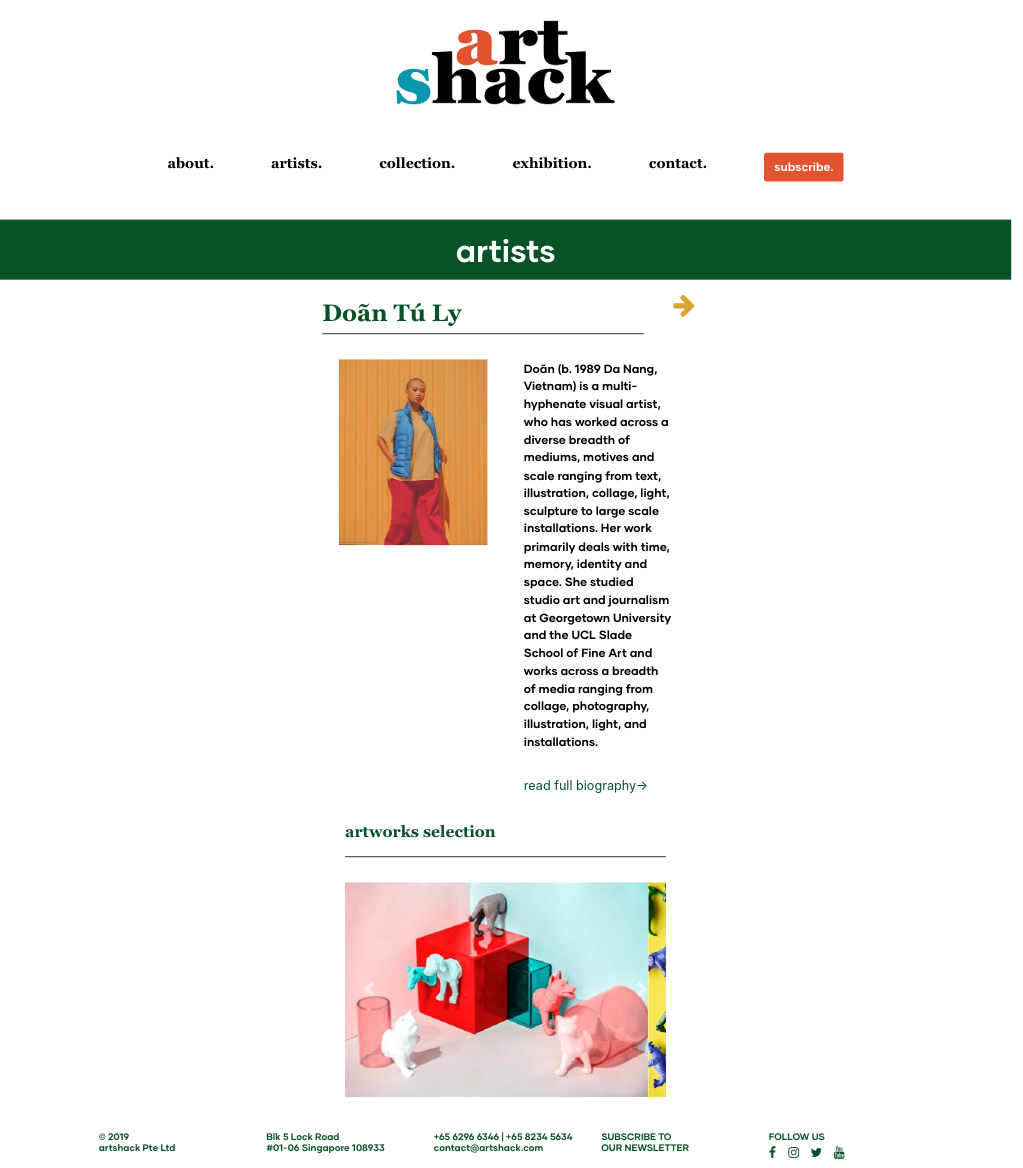
Repository: lynette-lyf/artshack
Page: doantuly.html
The author's editor kept a record of every edit. The page is drawn from the files as they stood at one moment, then again after the next edit.
The browser window is 1280 px wide. The page is 1295 px wide, so the pictures cover 1295 px, including what lies to the right of the window. The pictures show the whole page, at 79% of full size.

Above is the page before.
Not found: artists.css

After the next edit:
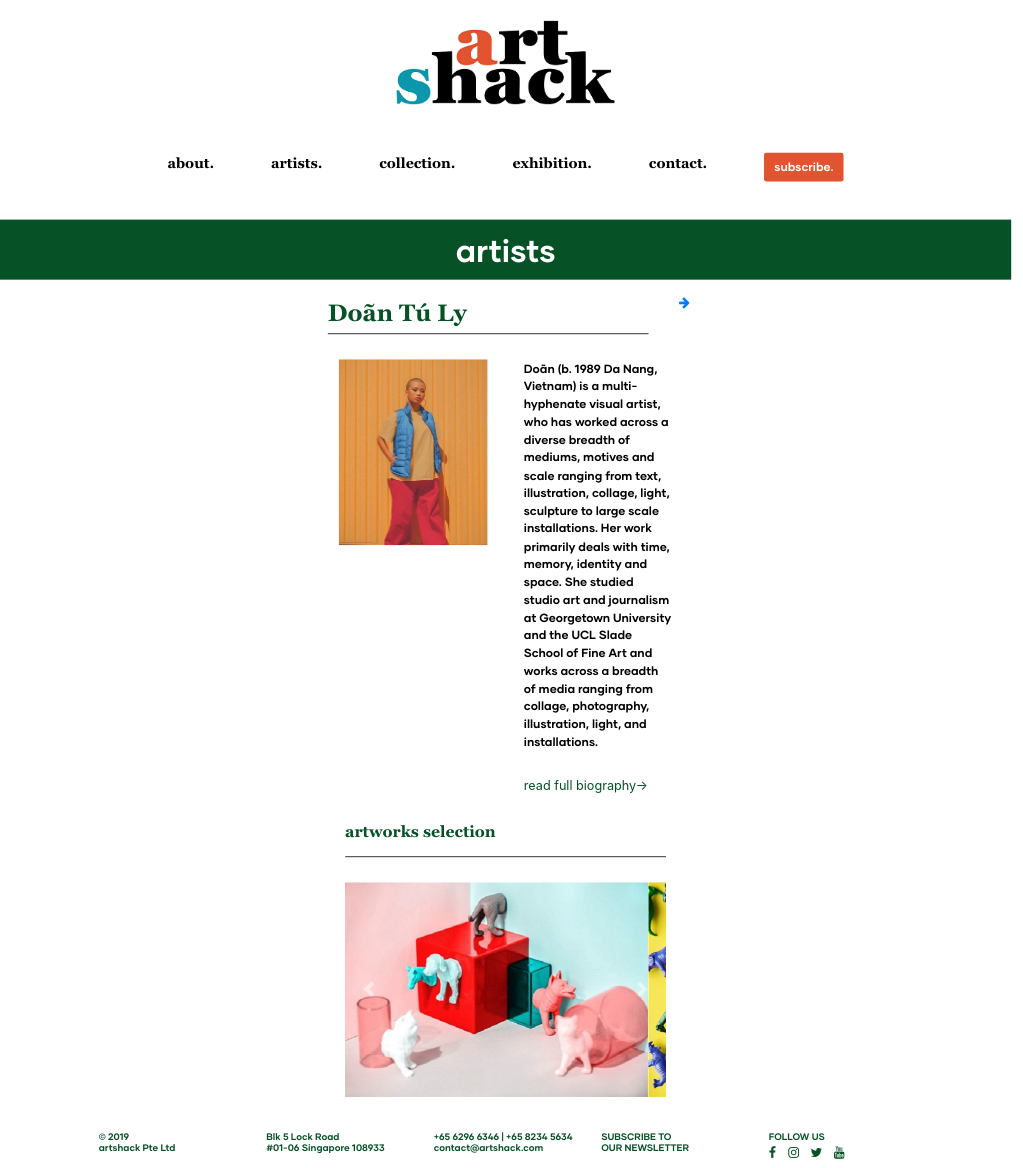
The edit:
--- a/doantuly.html
+++ b/doantuly.html
@@ -348,7 +348,7 @@
 <div class="container-fluid-artistscontent mt-3">
 <div class="row justify-content-center">
 <div class="col col-xl-4 col-lg-8 col-md-10 col-sm-12 mx-2 my-2"><h1 id="D">Doãn Tú Ly</h1><hr></div>
-<a href="songyejun.html"><div class="col-2" id="next"><i class="fa fa-arrow-right" style="font-size:2em; color:rgb(221,160,51)"></i></div></a>
+<a href="songyejun.html"><div class="col-2" id="next"><i class="fa fa-arrow-right"></i></div></a>
 </div>
 
 <div class="row justify-content-center">

After the edit that followed:
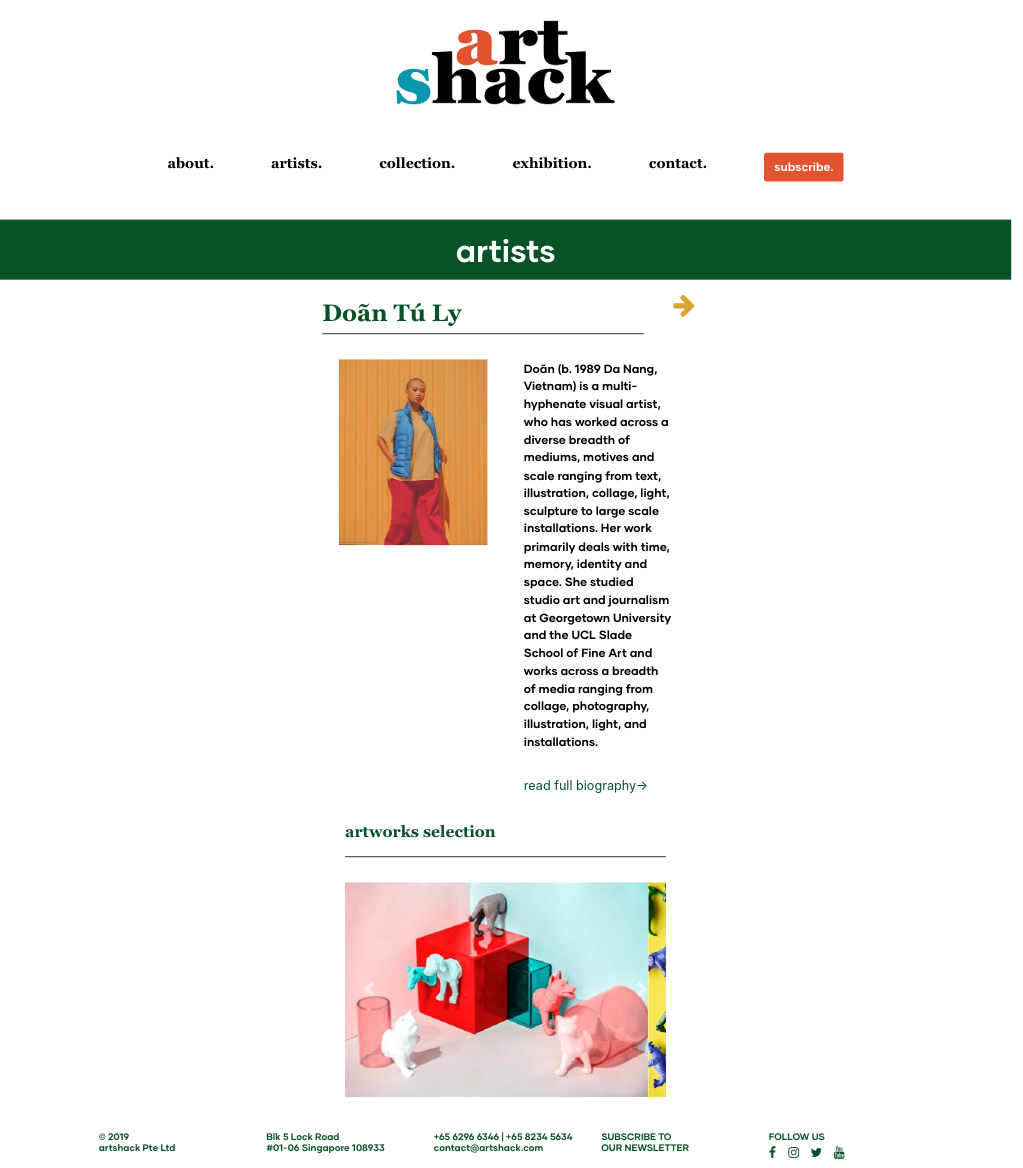
The edit:
--- a/doantuly.html
+++ b/doantuly.html
@@ -254,6 +254,14 @@
   color: rgb(221,160,51);
 }
 
+.container-fluid-artistscontent a i:hover {
+  color: rgb(6,81,37);
+}
+
+.container-fluid-artistscontent a i {
+font-size:2em;
+color:rgb(221,160,51)
+}
 
   </style>
 
